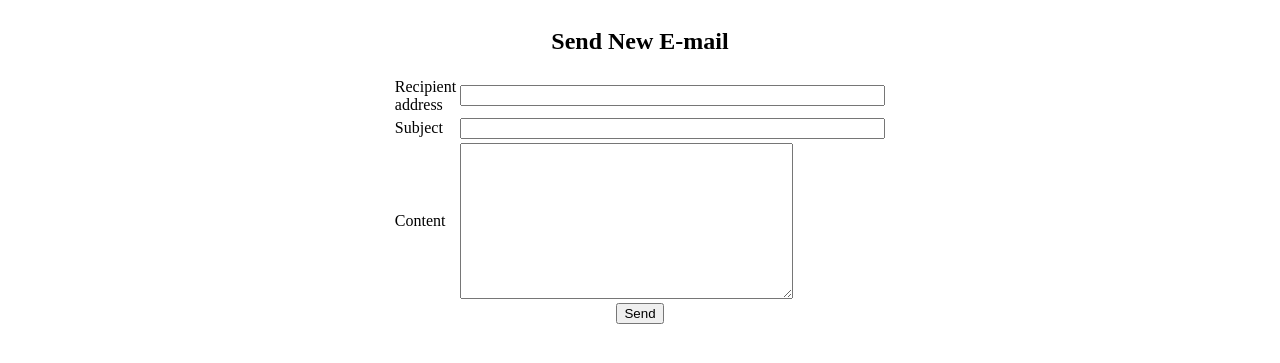
Repository: UnforgivenZZZ/bulldog
Page: http://localhost/bulldog/EmailForm.jsp
These files come from the project's save history. The page is drawn as it stood at one moment and after the next save; the edit follows.
The browser window is 1280 px wide. The pictures show the whole page.
The page is served by Tomcat 9. Other server files are loaded and not shown.

Above is the page before, as saved 2017-07-07 05:38:17.

### bulldog/WebContent/EmailForm.jsp
<%@ page language="java" contentType="text/html; charset=ISO-8859-1"
    pageEncoding="ISO-8859-1"%>
<!DOCTYPE html PUBLIC "-//W3C//DTD HTML 4.01 Transitional//EN" "http://www.w3.org/TR/html4/loose.dtd">
<html>
<head>
<meta http-equiv="Content-Type" content="text/html; charset=ISO-8859-1">
<title>Send an e-mail</title>
</head>
<body>
    <form action="EmailSendingServlet" method="post">
        <table border="0" width="35%" align="center">
            <caption><h2>Send New E-mail</h2></caption>
            <tr>
                <td width="50%">Recipient address </td>
                <td><input type="text" name="recipient" size="50"/></td>
            </tr>
            <tr>
                <td>Subject </td>
                <td><input type="text" name="subject" size="50"/></td>
            </tr>
            <tr>
                <td>Content </td>
                <td><textarea rows="10" cols="39" name="content"></textarea> </td>
            </tr>
            <tr>
                <td colspan="2" align="center"><input type="submit" value="Send"/></td>
            </tr>
        </table>

    </form>
</body>
</html>

After the next save:
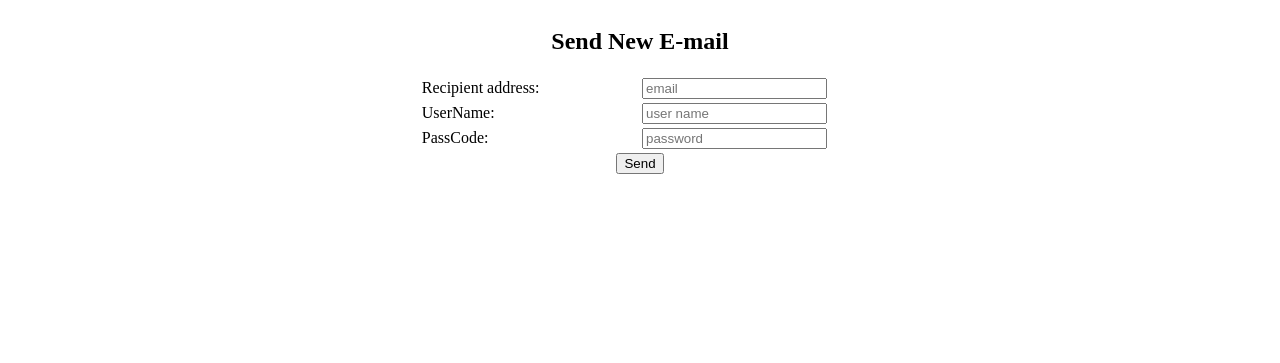
Saved 10 min 54 s later.
--- a/bulldog/WebContent/EmailForm.jsp
+++ b/bulldog/WebContent/EmailForm.jsp
@@ -11,16 +11,16 @@
         <table border="0" width="35%" align="center">
             <caption><h2>Send New E-mail</h2></caption>
             <tr>
-                <td width="50%">Recipient address </td>
-                <td><input type="text" name="recipient" size="50"/></td>
+                <td width="50%">Recipient address: </td>
+                <td><input type="text" placeholder="email" name="contact"></td>
             </tr>
             <tr>
-                <td>Subject </td>
-                <td><input type="text" name="subject" size="50"/></td>
+                <td>UserName: </td>
+                <td><input type="text" placeholder="user name" name="username"></td>
             </tr>
             <tr>
-                <td>Content </td>
-                <td><textarea rows="10" cols="39" name="content"></textarea> </td>
+                <td>PassCode: </td>
+                <td><input type="text" placeholder="password" name="pin"></td>
             </tr>
             <tr>
                 <td colspan="2" align="center"><input type="submit" value="Send"/></td>
